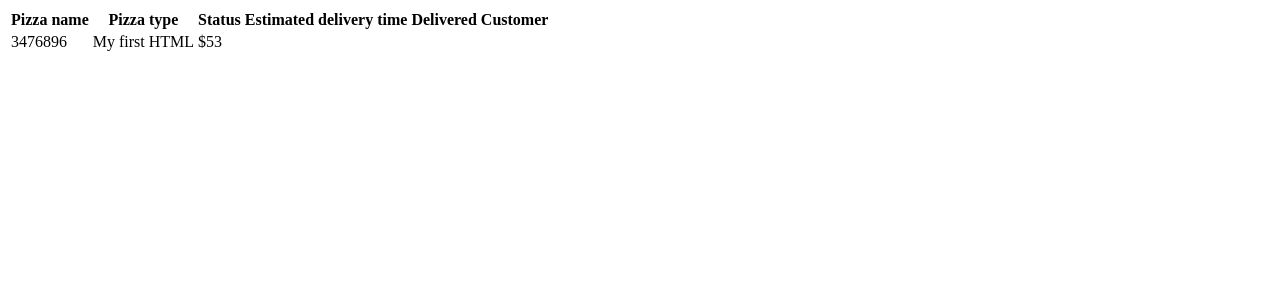
Repository: lukas77pro/html_css_js
Page: html/Test/WebContent/Tabela.html
These files come from the project's save history. The page is drawn as it stood at one moment and after the next save; the edit follows.
The browser window is 1280 px wide. The pictures show the whole page.

Above is the page before, as saved 2015-07-10 11:47:03.

### html/Test/WebContent/Tabela.html
<!DOCTYPE html>
<html>
<head>
<meta charset="UTF-8">
<title>Insert title here</title>
</head>
<body>
	<table>
		<tr>
			<th>Pizza name</th>
			<th>Pizza type</th>
			<th>Status</th>
			<th>Estimated delivery time</th>
			<th>Delivered</th>
			<th>Customer</th>
		</tr>
		<tr>
			<td>3476896</td>
			<td>My first HTML</td>
			<td>$53</td>
		</tr>
	</table>
</body>
</html>

After the next save:
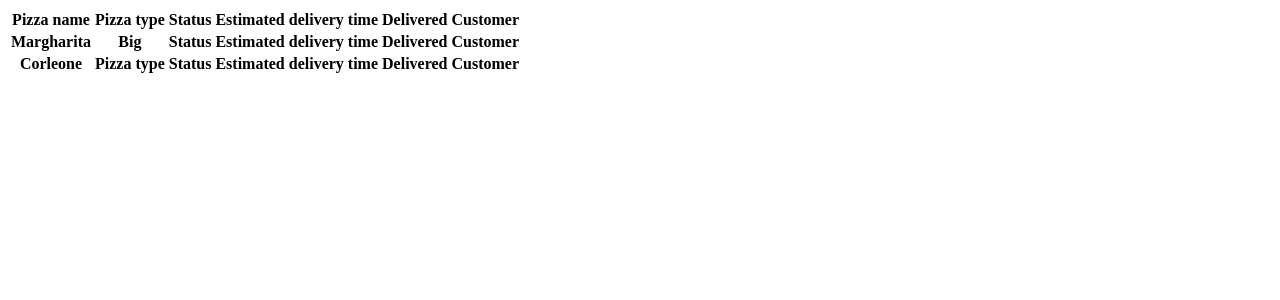
Saved 34 s later.
--- a/html/Test/WebContent/Tabela.html
+++ b/html/Test/WebContent/Tabela.html
@@ -15,9 +15,20 @@
 			<th>Customer</th>
 		</tr>
 		<tr>
-			<td>3476896</td>
-			<td>My first HTML</td>
-			<td>$53</td>
+			<th>Margharita</th>
+			<th>Big</th>
+			<th>Status</th>
+			<th>Estimated delivery time</th>
+			<th>Delivered</th>
+			<th>Customer</th>
+		</tr>
+		<tr>
+			<th>Corleone</th>
+			<th>Pizza type</th>
+			<th>Status</th>
+			<th>Estimated delivery time</th>
+			<th>Delivered</th>
+			<th>Customer</th>
 		</tr>
 	</table>
 </body>
